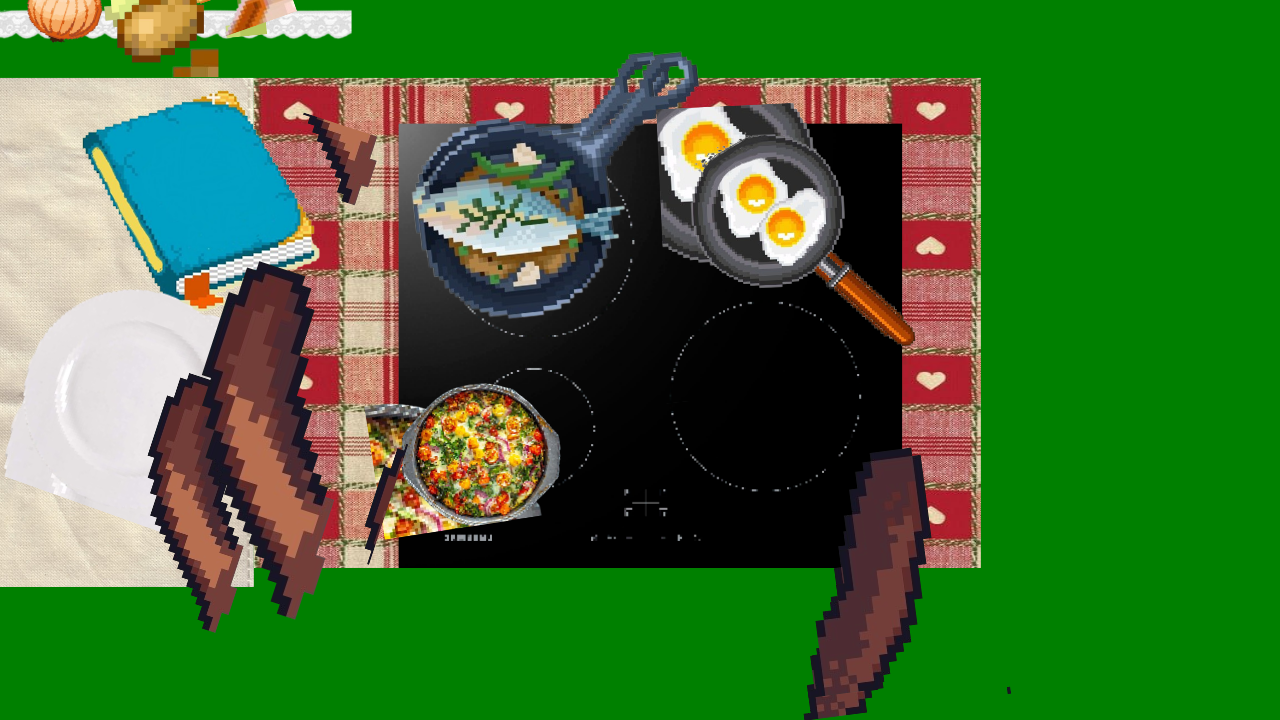
Repository: AJamdonuts/ToddyTalks
Page: playingaround2/pages/chefsujin.html
An editor plug-in stored every save of this project. The page is shown before and after the next save, followed by the edit.
The browser window is 1280 px wide. The pictures show the whole page.

Above is the page before, as saved 2025-11-26 19:33:01.

After the next save:
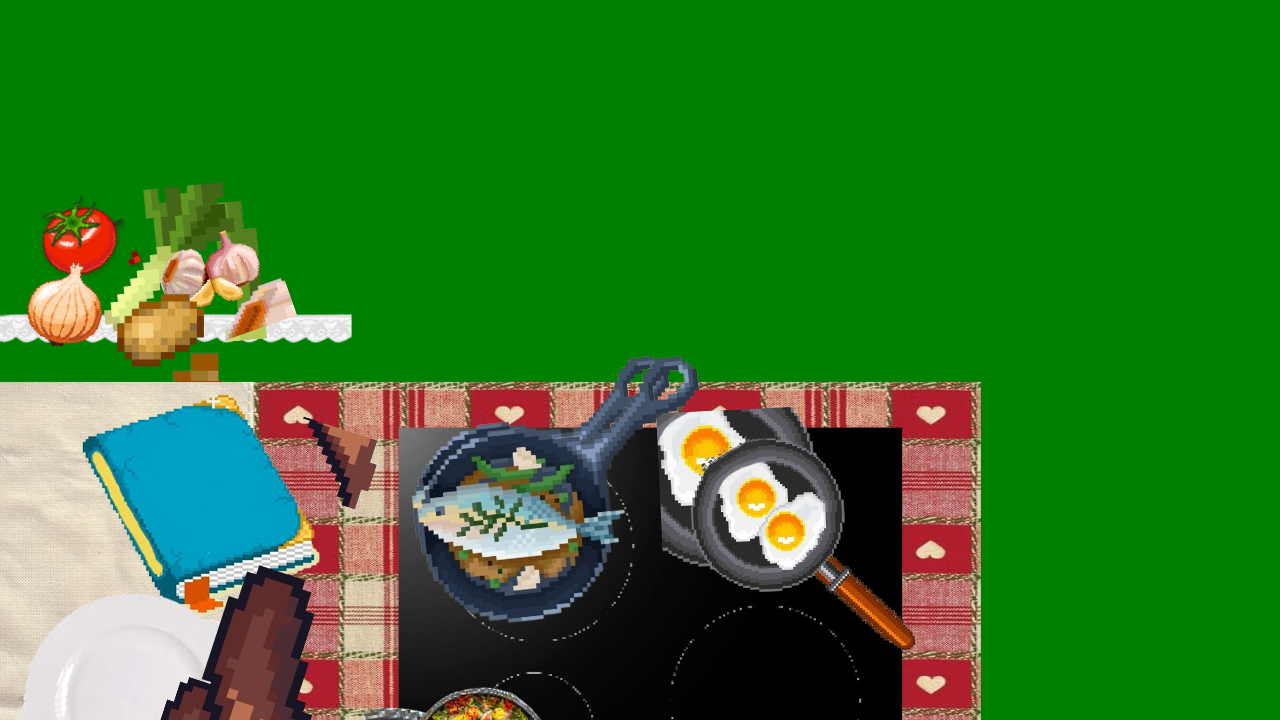
Saved 24 min 41 s later.
--- a/playingaround2/styles/chefsujin.css
+++ b/playingaround2/styles/chefsujin.css
@@ -22,7 +22,7 @@ html, body {
 
     /* Scale the entire container down if the window is smaller than the max size.
        This is the core of making your fixed-pixel design responsive. */
-    transform-origin: top left;
+    transform-origin: bottom left;
     transform: scale(var(--scale-factor, 1));
 }
 
@@ -30,7 +30,7 @@ html, body {
 body {
     display: flex;
     justify-content: center; /* Center horizontally */
-    align-items: center;     /* Center vertically */
+    align-items: flex-end;    /* Center vertically */
     background-color: green; /* Move background color here */
 }
 .tomato {
